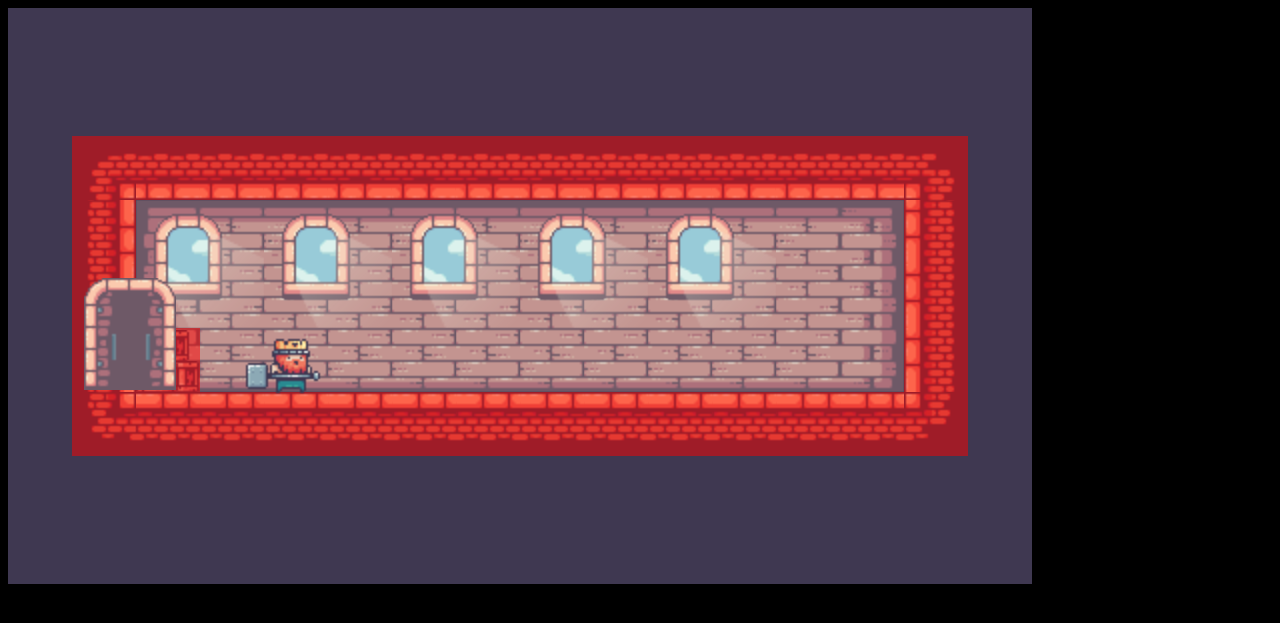
Repository: kassemKu/vanilla_kings_and_pigs
Page: index.html
An editor plug-in stored every save of this project. The page is shown before and after the next save, followed by the edit.
The browser window is 1280 px wide. The pictures show the whole page.

Above is the page before, as saved 2022-11-12 21:17:22.

After the next save:
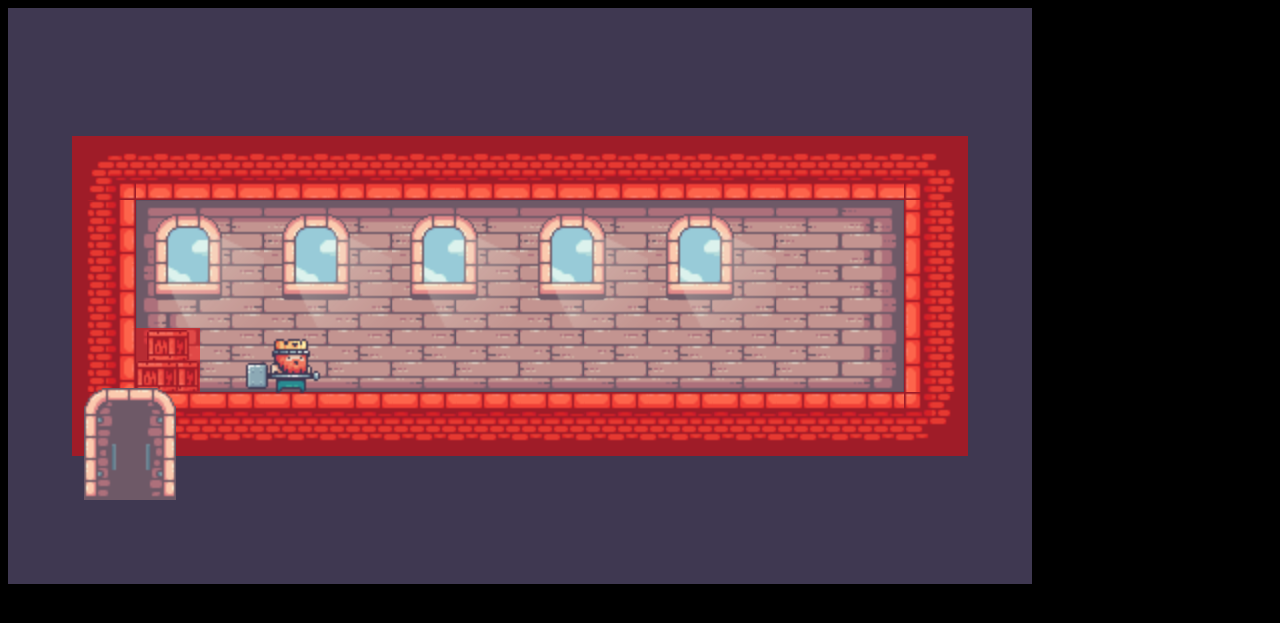
Saved 27 s later.
--- a/main.js
+++ b/main.js
@@ -51,7 +51,7 @@
   new Sprite({
     position: {
       x: 76,
-      y: 270,
+      y: 380,
     },
     imageSrc: "./img/doorOpen.png",
     frameRate: 5,

After the save that followed:
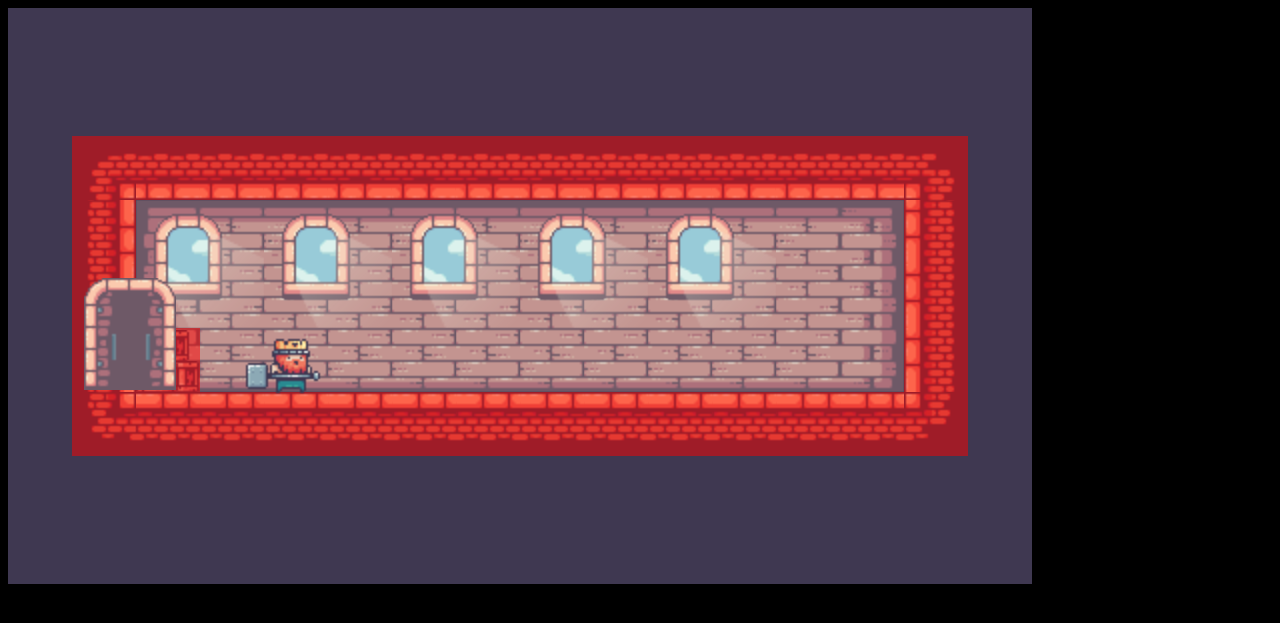
Saved 7 s later.
--- a/main.js
+++ b/main.js
@@ -51,7 +51,7 @@
   new Sprite({
     position: {
       x: 76,
-      y: 380,
+      y: 270,
     },
     imageSrc: "./img/doorOpen.png",
     frameRate: 5,
